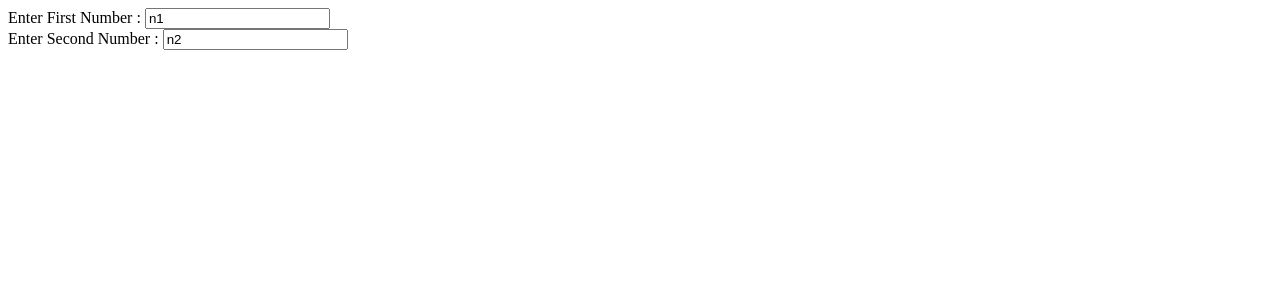
Repository: nadeem-fullstack-developer/jsp
Page: http://localhost/BRESTWebCL/home.jsp
These files come from the project's save history. The page is drawn as it stood at one moment and after the next save; the edit follows.
The browser window is 1280 px wide. The pictures show the whole page.
The page is served by Tomcat 9.

Above is the page before, as saved 2024-06-16 04:16:27.

After the next save:
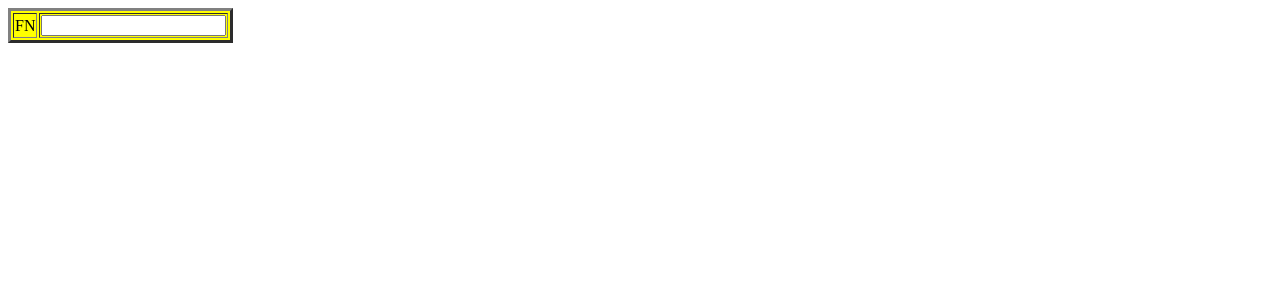
Saved 2 min 23 s later.
--- a/BRESTWebCL/src/main/webapp/home.jsp
+++ b/BRESTWebCL/src/main/webapp/home.jsp
@@ -1,5 +1,5 @@
 <%@ page language="java" contentType="text/html; charset=ISO-8859-1"
-    pageEncoding="ISO-8859-1"%>
+	pageEncoding="ISO-8859-1"%>
 <!DOCTYPE html>
 <html>
 <head>
@@ -8,10 +8,15 @@
 </head>
 <body>
 
-<form action="add">
+	<form action="add">
+		<table border="3" bgcolor="yellow">
+			<tr>
+				<td>FN</td>
+				<td><input type="text" name="fn"></td>
 
- Enter First Number : <input type="text" value="n1"><br>
- Enter Second Number : <input type="text" value="n2">
-</form>
+			</tr>
+
+		</table>
+	</form>
 </body>
 </html>
